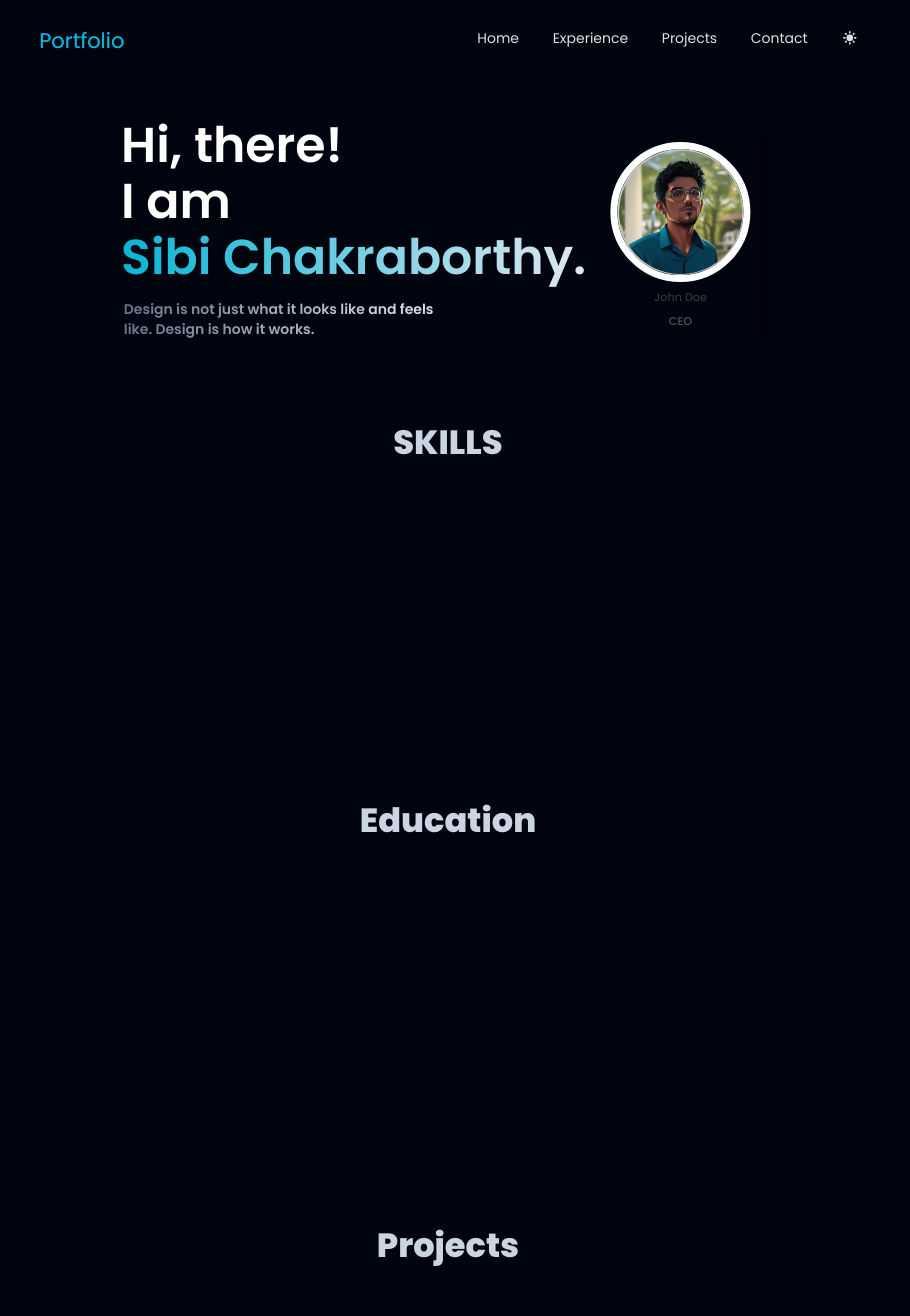
Repository: sibi24sibi/MyPersonalPortfolio
Page: /
The author's editor kept a copy of each file at every save. The page is drawn from the files as they stood at one save, then again after the next save.
The browser window is 1280 px wide. The page is 1300 px wide, so the pictures cover 1300 px, including what lies to the right of the window. The pictures show the part of the page from y = 0 to 1880 px (the page is 3414 px tall), at 70% of full size.
The project was rebuilt for these pictures with package versions that can differ from the ones it lists, and the page was loaded fresh each time. Also part of the build but not shown: vite.config.js, src/components/Menu.jsx, src/components/Footer.jsx.

Above is the page before, as saved 2024-05-03 17:56:37.

After the next save:
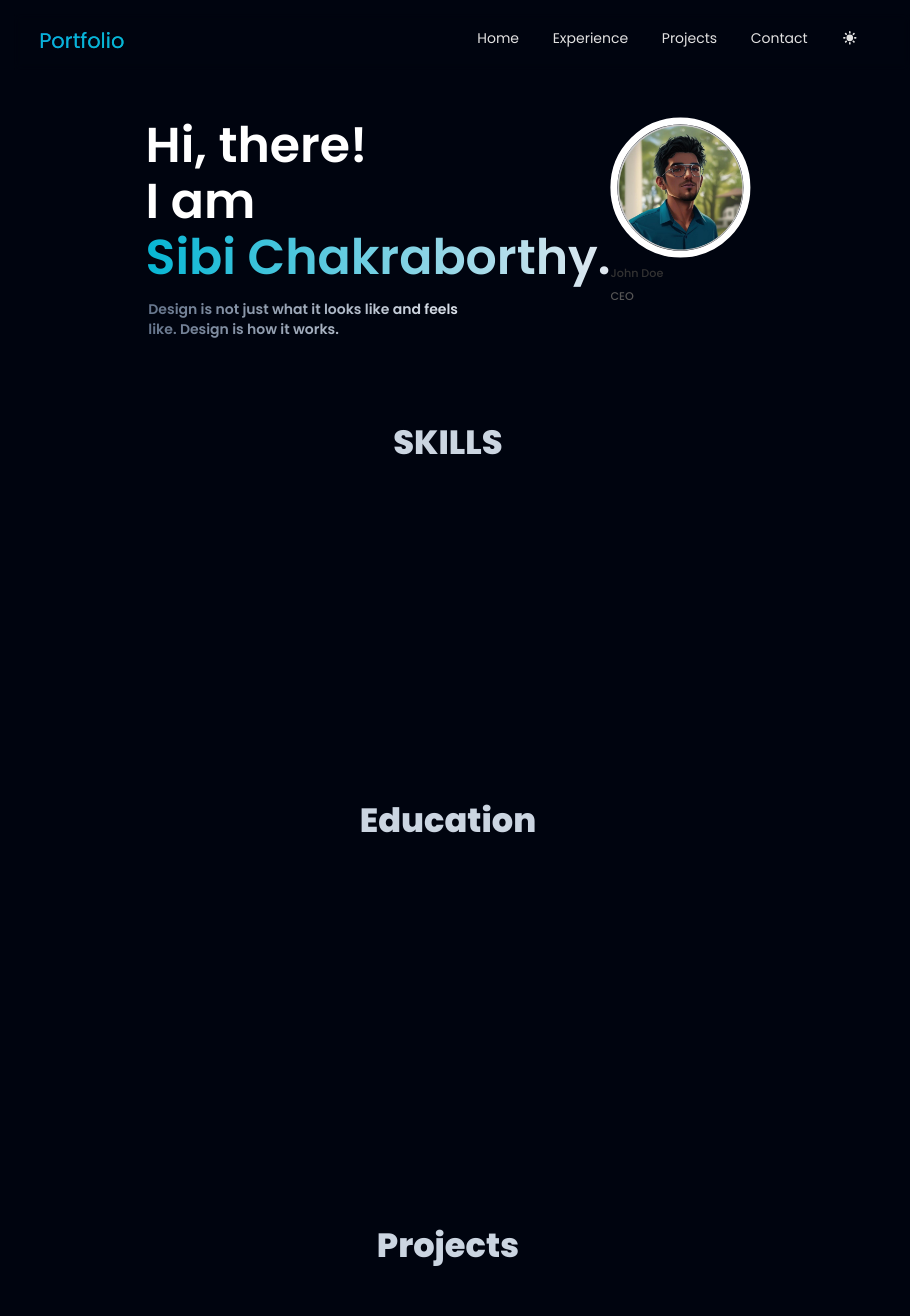
Saved 39 s later.
--- a/src/components/about-style.css
+++ b/src/components/about-style.css
@@ -20,15 +20,6 @@
     opacity: 1px;
 }
 
-.team-member {
-    text-align: center;
-    margin: 20px;
-  /*  background-color: #fff;  White background for each team member */
-    padding: 15px; /* Add padding for better visual appeal */
-    border-radius: 10px; /* Add rounded corners */
-    box-shadow: 0 0 10px rgba(0, 0, 0, 0.1); /* Add a subtle box shadow */
-}
-
 
 
 /* Add a hover effect for better user interaction */

After the save that followed:
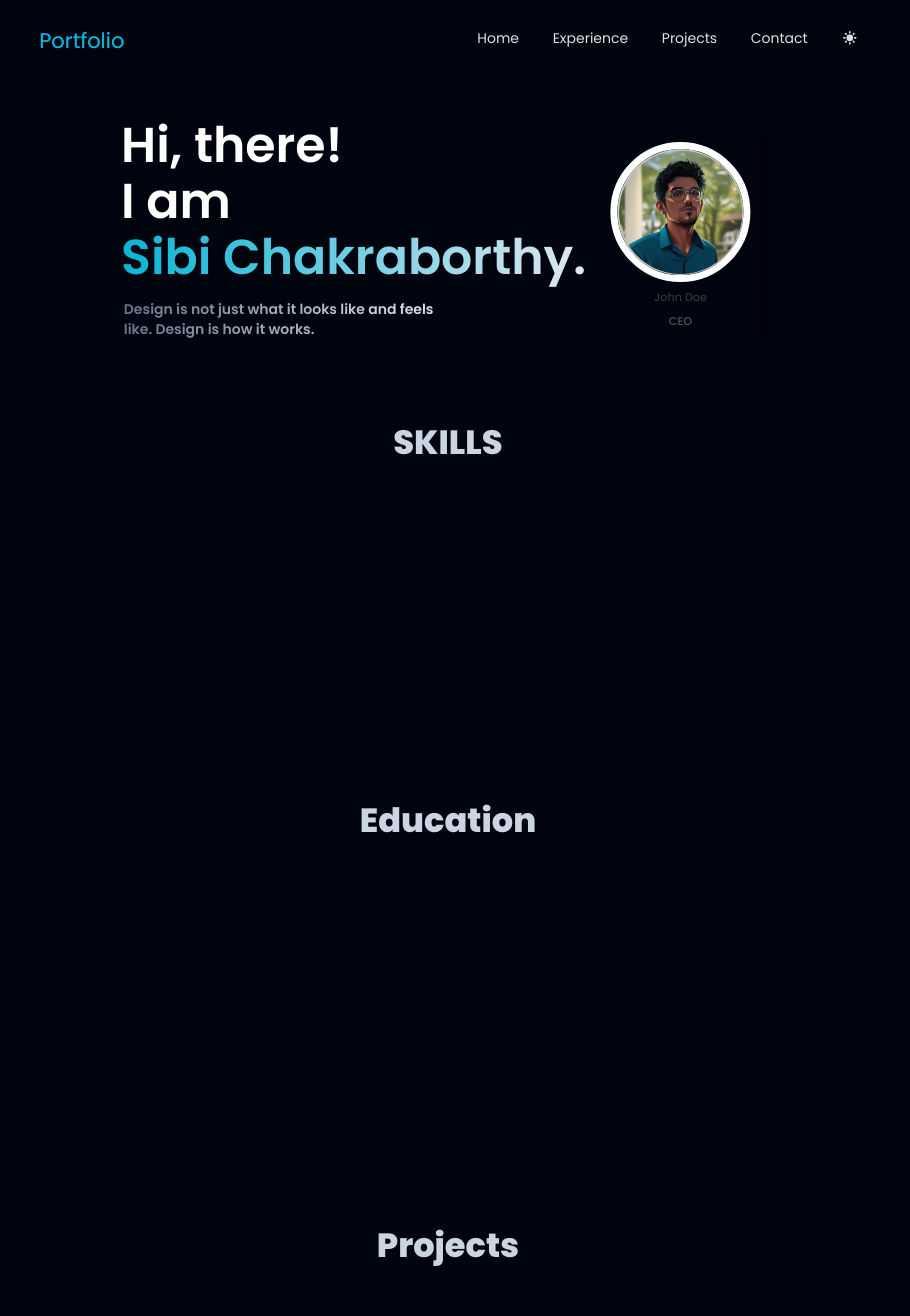
Saved 19 s later.
--- a/src/components/about-style.css
+++ b/src/components/about-style.css
@@ -20,6 +20,15 @@
     opacity: 1px;
 }
 
+.team-member {
+    text-align: center;
+    margin: 20px;
+  /*  background-color: #fff;  White background for each team member */
+    padding: 15px; /* Add padding for better visual appeal */
+    border-radius: 10px; /* Add rounded corners */
+    box-shadow: 0 0 10px rgba(0, 0, 0, 0.1); /* Add a subtle box shadow */
+}
+
 
 
 /* Add a hover effect for better user interaction */
